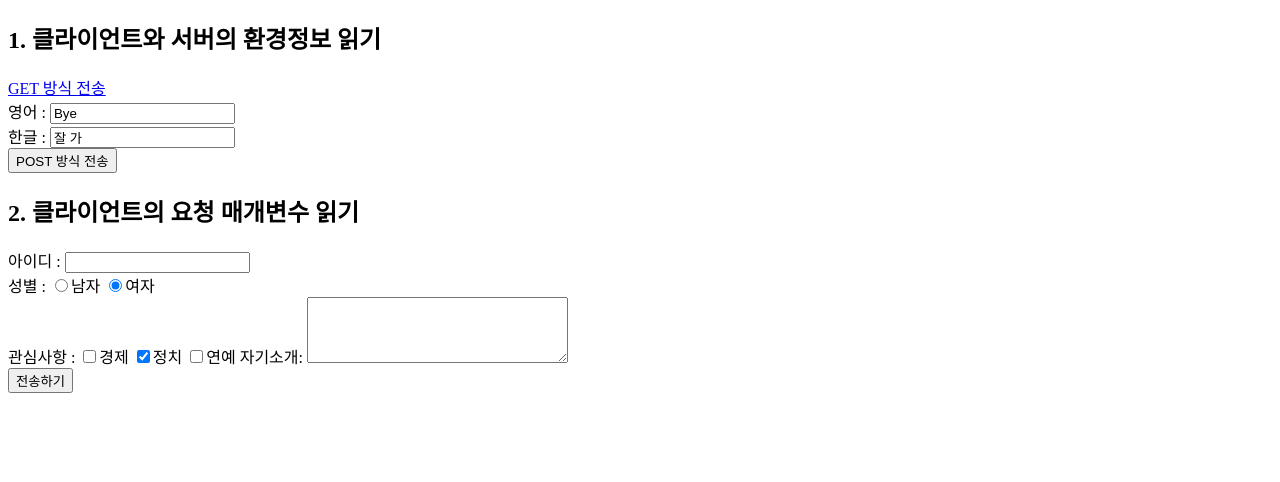
Repository: devgolol/JSP-_Servlet
Page: http://localhost/MustHaveJSP/02ImplicitObject/RequestMain.jsp
The author's editor kept a copy of each file at every save. The page is drawn from the files as they stood at one save, then again after the next save.
The browser window is 1280 px wide. The pictures show the whole page.
The page is served by Tomcat 10.

Above is the page before, as saved 2025-05-02 05:48:53.

After the next save:
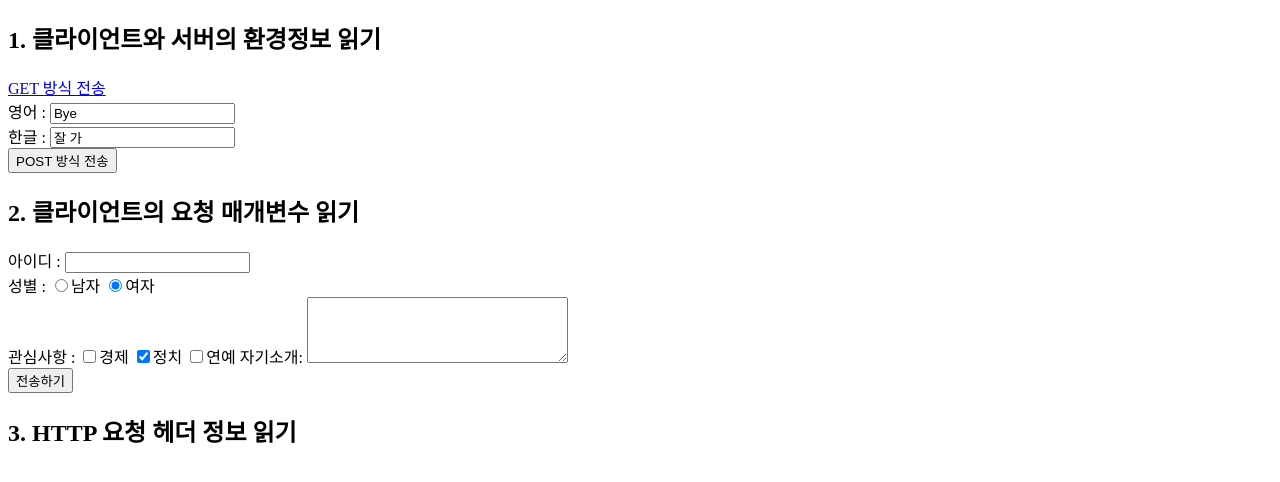
Saved 15 s later.
--- a/MustHaveJSP/src/main/webapp/02ImplicitObject/RequestMain.jsp
+++ b/MustHaveJSP/src/main/webapp/02ImplicitObject/RequestMain.jsp
@@ -36,6 +36,7 @@
 	<br/>
 	<input type="submit" value="전송하기"/>
 	</form>
+	<h2>3. HTTP 요청 헤더 정보 읽기</h2>
 
 </body>
 </html>
